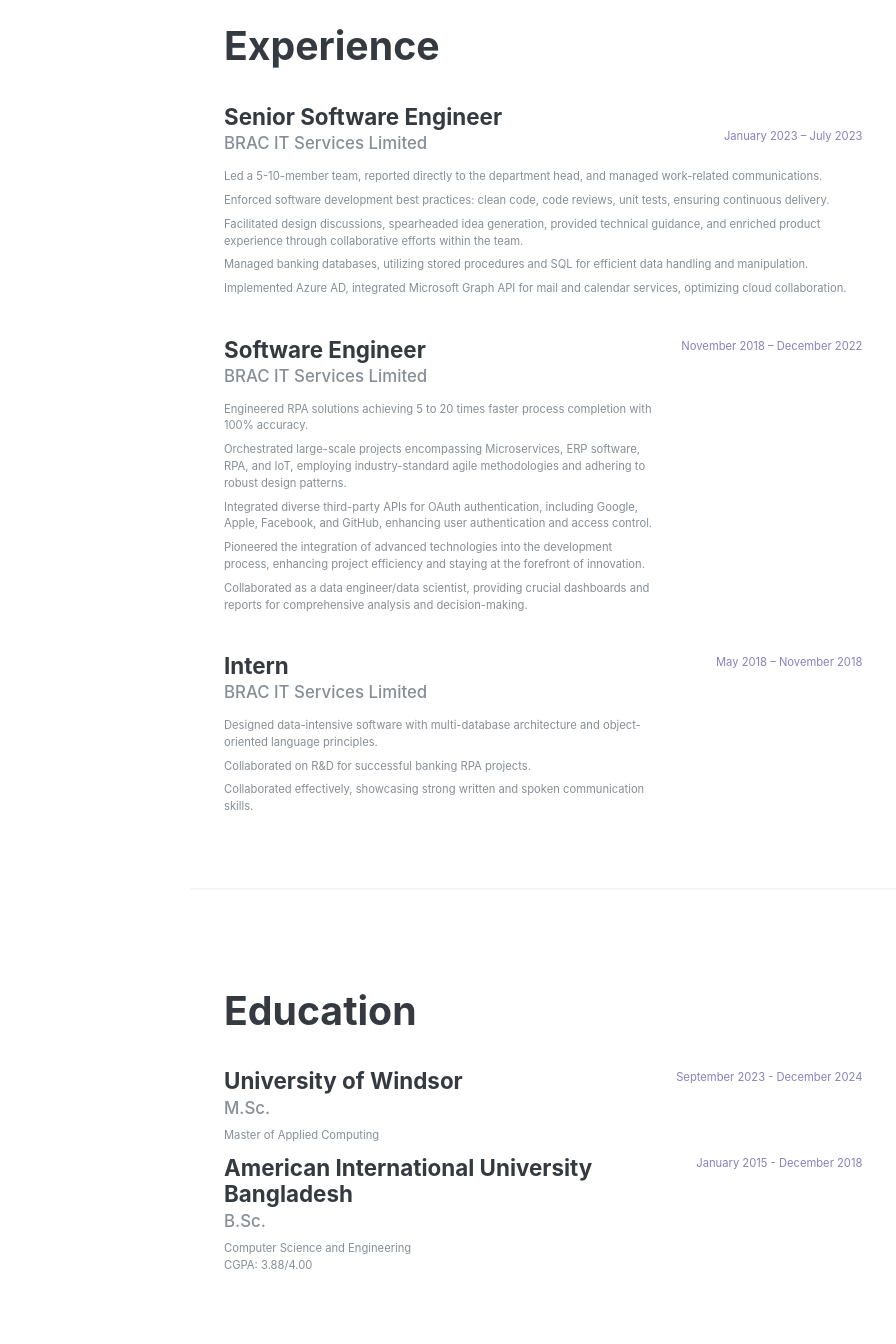
Repository: xahin96/xahin96.github.io
Page: index.html
These files come from the project's save history. The page is drawn as it stood at one moment and after a run of saves; the edit follows.
The browser window is 1280 px wide. The pictures show the part of the page from y = 736 to 2656 px (the page is 5463 px tall), at 70% of full size.
Some web fonts or font styles are not loaded; a fallback is used.

Above is the page before, as saved 2024-04-27 12:31:33.

After the next 2 saves:
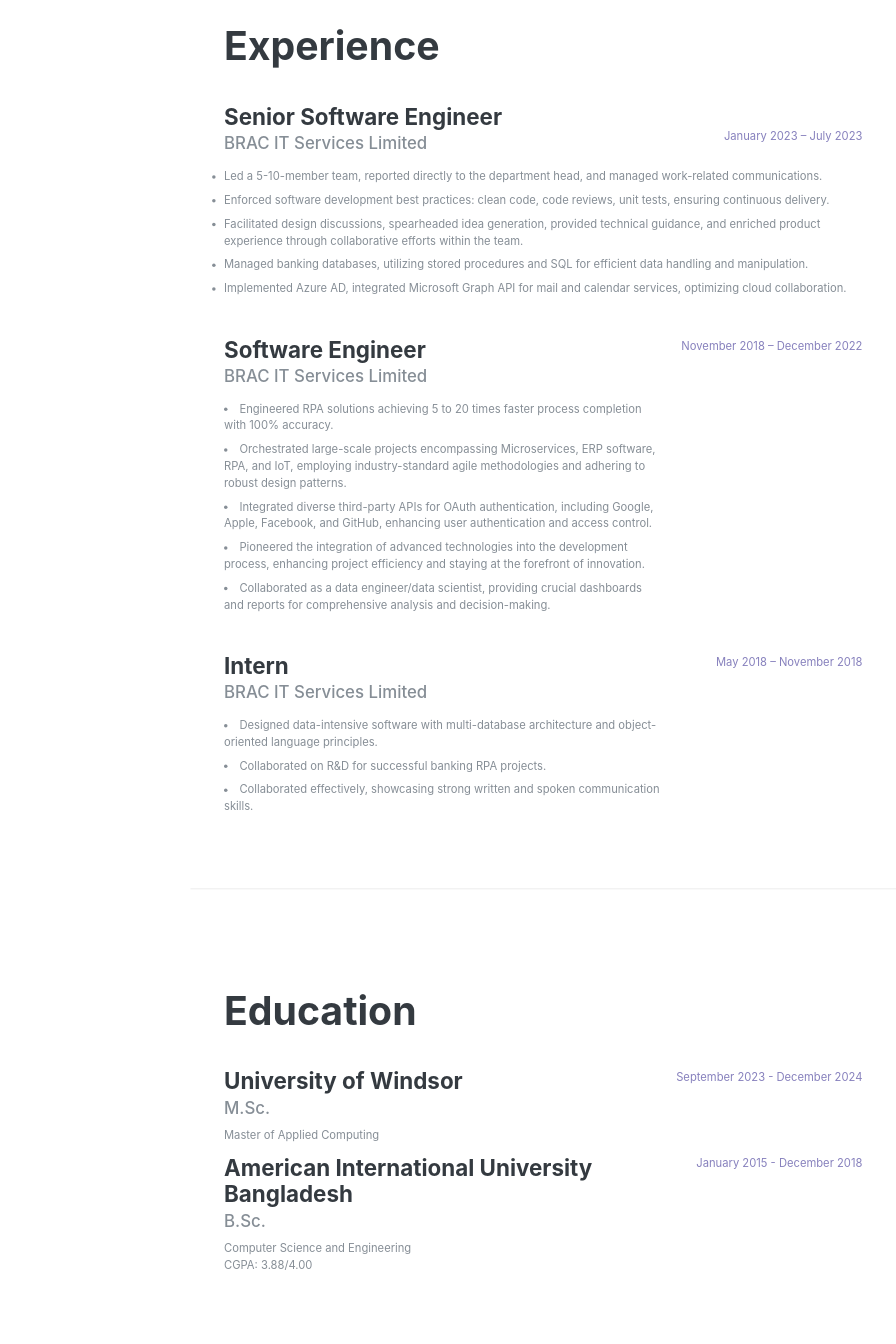
The 2 saves are shown as one change because they came seconds apart.
The last was saved 13 s later.
--- a/css/resume.css
+++ b/css/resume.css
@@ -52,13 +52,7 @@ ul{
 }
 
 li{
-  list-style: none;
   margin-bottom: 10px;
-  position: relative;
-}
-
-li::before{
-  position: absolute;
 }
 
 .flex{
